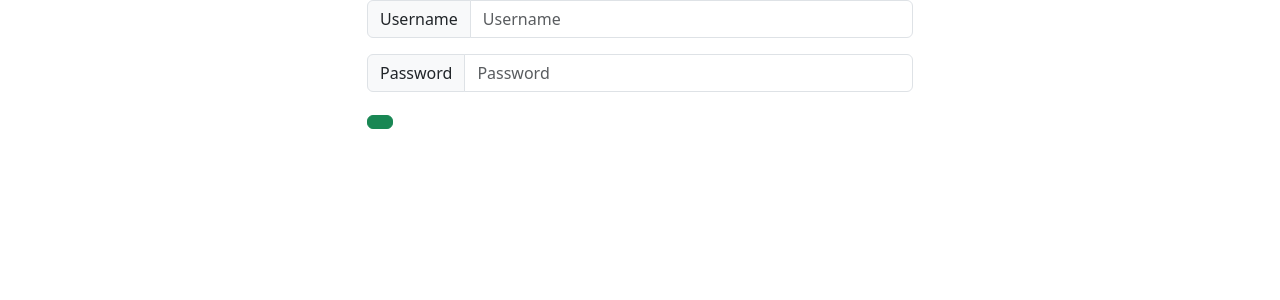
Repository: FrancescoGiordano23/WebappKebab
Page: http://localhost/EsercizioKebab/
An editor plug-in stored every save of this project. The page is shown before and after the next save, followed by the edit.
The browser window is 1280 px wide. The pictures show the whole page.
The page is served by Tomcat 10. Other server files are loaded and not shown.

Above is the page before, as saved 2024-08-02 08:19:18.

### EsercizioKebab/src/main/webapp/login.jsp
<%@ page language="java" contentType="text/html; charset=UTF-8"
    pageEncoding="UTF-8"%>
<!DOCTYPE html>
<html>
<head>
<meta charset="UTF-8">
<title>Insert title here</title>
<link
	href="https://cdn.jsdelivr.net/npm/bootstrap@5.3.3/dist/css/bootstrap.min.css"
	rel="stylesheet"
	integrity="sha384-QWTKZyjpPEjISv5WaRU9OFeRpok6YctnYmDr5pNlyT2bRjXh0JMhjY6hW+ALEwIH"
	crossorigin="anonymous">
<script
	src="https://cdn.jsdelivr.net/npm/bootstrap@5.3.3/dist/js/bootstrap.bundle.min.js"
	integrity="sha384-YvpcrYf0tY3lHB60NNkmXc5s9fDVZLESaAA55NDzOxhy9GkcIdslK1eN7N6jIeHz"
	crossorigin="anonymous"></script>
</head>
<body>
	<div class="container">
		<div class="row">
			<!-- LEFT -->
			<div class="col-3"></div>

			<!-- CENTER -->

			<div class="col-6">
			<form action="LoginServlet" method="post">
				<div class="input-group mb-3">
					<span class="input-group-text" id="basic-addon-username">Username</span>
					<input type="text" class="form-control" placeholder="Username"
						aria-label="Username" aria-describedby="basic-addon-username">
				</div>

				<div class="input-group mb-3">
					<span class="input-group-text" id="basic-addon-password">Password</span>
					<input type="password" class="form-control" placeholder="Password"
						aria-label="Password" aria-describedby="basic-addon-password">
				</div>

				<button class="btn btn-success" type="submit"></button>

				</form>
			</div>


			<!-- RIGHT -->
			<div class="col-3"></div>
		</div>
	</div>
</body>
</html>

### EsercizioKebab/src/main/java/com/advancia/servlet/InitializeServlet.java
package com.advancia.servlet;

import java.io.IOException;
import jakarta.servlet.ServletException;
import jakarta.servlet.http.HttpServlet;
import jakarta.servlet.http.HttpServletRequest;
import jakarta.servlet.http.HttpServletResponse;

/**
 * Servlet implementation class InitializeServlet
 */
public class InitializeServlet extends HttpServlet {
	private static final long serialVersionUID = 1L;

    public InitializeServlet() {

    }


	protected void doGet(HttpServletRequest request, HttpServletResponse response) throws ServletException, IOException {

		request.getSession().setAttribute("User", null);
		request.getRequestDispatcher("login.jsp").forward(request, response);
	}


	protected void doPost(HttpServletRequest request, HttpServletResponse response) throws ServletException, IOException {
				doGet(request, response);
	}

}

After the next save:
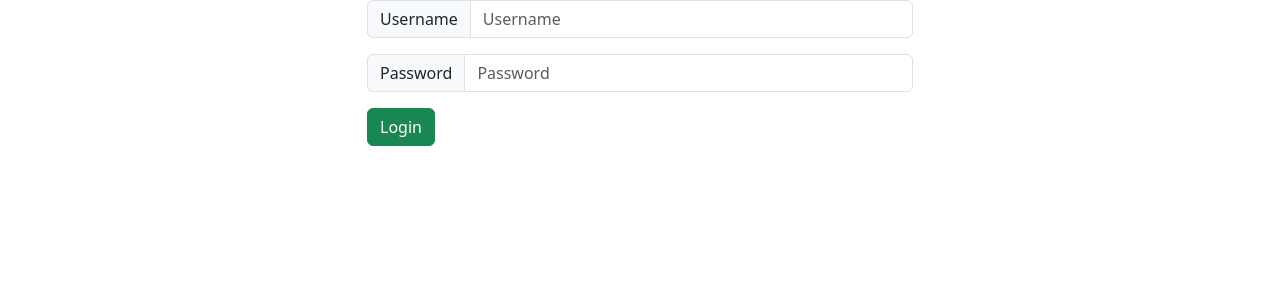
Saved 4 s later.
--- a/EsercizioKebab/src/main/webapp/login.jsp
+++ b/EsercizioKebab/src/main/webapp/login.jsp
@@ -37,7 +37,7 @@
 						aria-label="Password" aria-describedby="basic-addon-password">
 				</div>
 
-				<button class="btn btn-success" type="submit"></button>
+				<button class="btn btn-success" type="submit">Login</button>
 
 				</form>
 			</div>
